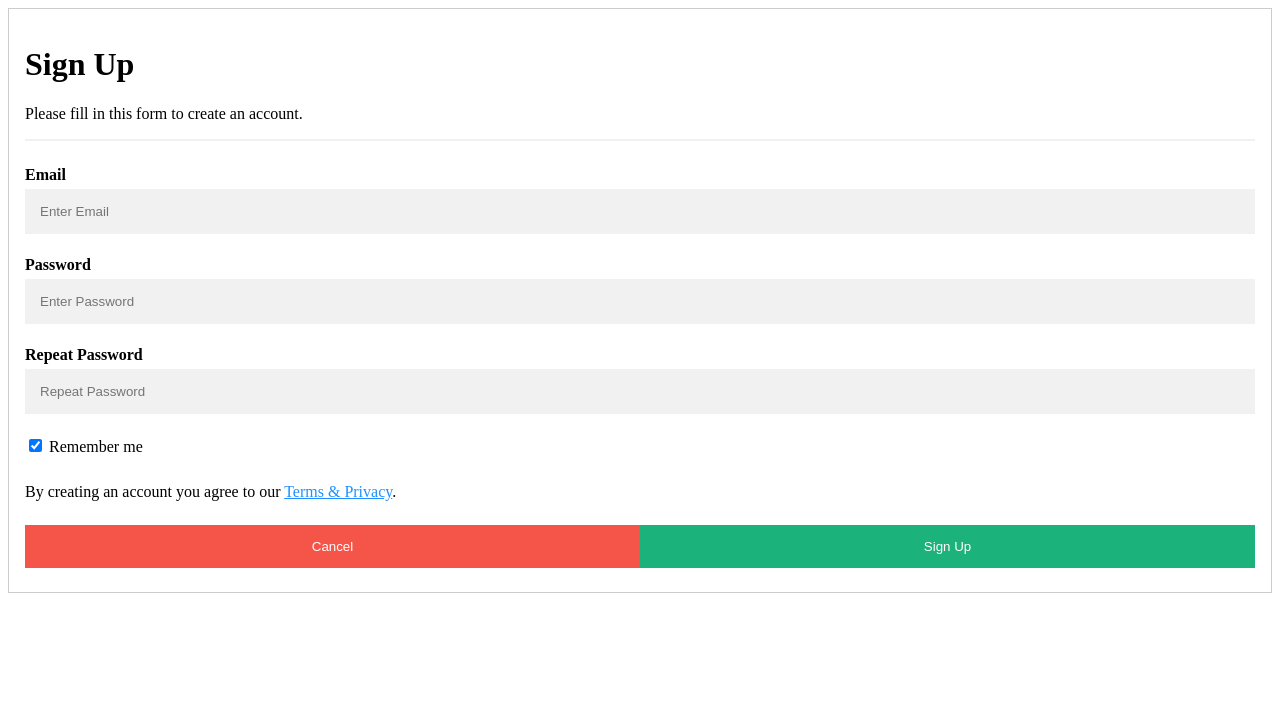
Repository: Ajay9554/javaPrograms
Page: http://localhost/website1/signup.jsp
The author's editor kept a copy of each file at every save. The page is drawn from the files as they stood at one save, then again after the next save.
The browser window is 1280 px wide. The pictures show the whole page.
The page is served by Tomcat 9. Other server files are loaded and not shown.

Above is the page before, as saved 2023-10-16 05:10:22.

### eclipse-workspace/aug1pro/website1/src/main/webapp/signup.jsp
<%@ page language="java" contentType="text/html; charset=UTF-8"
    pageEncoding="UTF-8"%>
<!DOCTYPE html>
<html>
<head>
<meta charset="UTF-8">
<title>SignUp</title>
<link rel="stylesheet" href="css/signup.css">
</head>
<body>
 <form action=""  method="post"  style="border:1px solid #ccc">
  <div class="container">
    <h1>Sign Up</h1>
    <p>Please fill in this form to create an account.</p>
    <hr>

    <label for="email"><b>Email</b></label>
    <input type="text" placeholder="Enter Email" name="email" required>

    <label for="psw"><b>Password</b></label>
    <input type="password" placeholder="Enter Password" name="psw" required>

    <label for="psw-repeat"><b>Repeat Password</b></label>
    <input type="password" placeholder="Repeat Password" name="psw-repeat" required>

    <label>
      <input type="checkbox" checked="checked" name="remember" style="margin-bottom:15px"> Remember me
    </label>

    <p>By creating an account you agree to our <a href="#" style="color:dodgerblue">Terms & Privacy</a>.</p>

    <div class="clearfix">
      <button type="button" class="cancelbtn">Cancel</button>
      <button type="submit" class="signupbtn">Sign Up</button>
    </div>
  </div>
</form>
</body>
</html>

### eclipse-workspace/aug1pro/website1/src/main/webapp/css/signup.css
@charset "UTF-8";
* {box-sizing: border-box}

/* Full-width input fields */
  input[type=text], input[type=password] {
  width: 100%;
  padding: 15px;
  margin: 5px 0 22px 0;
  display: inline-block;
  border: none;
  background: #f1f1f1;
}

input[type=text]:focus, input[type=password]:focus {
  background-color: #ddd;
  outline: none;
}

hr {
  border: 1px solid #f1f1f1;
  margin-bottom: 25px;
}

/* Set a style for all buttons */
button {
  background-color: #04AA6D;
  color: white;
  padding: 14px 20px;
  margin: 8px 0;
  border: none;
  cursor: pointer;
  width: 100%;
  opacity: 0.9;
}

button:hover {
  opacity:1;
}

/* Extra styles for the cancel button */
.cancelbtn {
  padding: 14px 20px;
  background-color: #f44336;
}

/* Float cancel and signup buttons and add an equal width */
.cancelbtn, .signupbtn {
  float: left;
  width: 50%;
}

/* Add padding to container elements */
.container {
  padding: 16px;
}

/* Clear floats */
.clearfix::after {
  content: "";
  clear: both;
  display: table;
}

/* Change styles for cancel button and signup button on extra small screens */
@media screen and (max-width: 300px) {
  .cancelbtn, .signupbtn {
    width: 100%;
  }
}

After the next save:
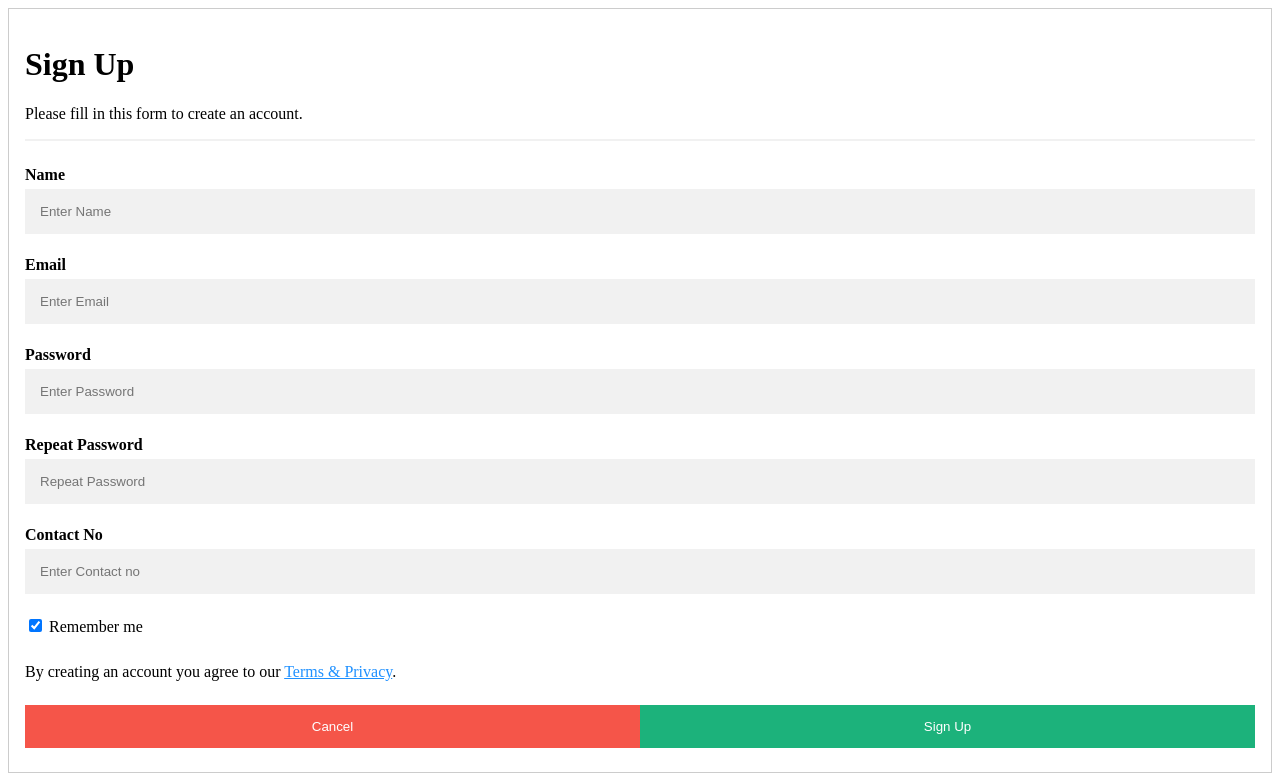
Saved 4 min 41 s later.
--- a/eclipse-workspace/aug1pro/website1/src/main/webapp/signup.jsp
+++ b/eclipse-workspace/aug1pro/website1/src/main/webapp/signup.jsp
@@ -14,14 +14,20 @@
     <p>Please fill in this form to create an account.</p>
     <hr>
 
+    <label for="name"><b>Name</b></label>
+    <input type="text" placeholder="Enter Name" name="name" required>
+
     <label for="email"><b>Email</b></label>
     <input type="text" placeholder="Enter Email" name="email" required>
 
     <label for="psw"><b>Password</b></label>
-    <input type="password" placeholder="Enter Password" name="psw" required>
+    <input type="password" placeholder="Enter Password" name="password" required>
 
     <label for="psw-repeat"><b>Repeat Password</b></label>
     <input type="password" placeholder="Repeat Password" name="psw-repeat" required>
+
+    <label for="contact"><b>Contact No</b></label>
+    <input type="text" placeholder="Enter Contact no" name="contact" required>
 
     <label>
       <input type="checkbox" checked="checked" name="remember" style="margin-bottom:15px"> Remember me
